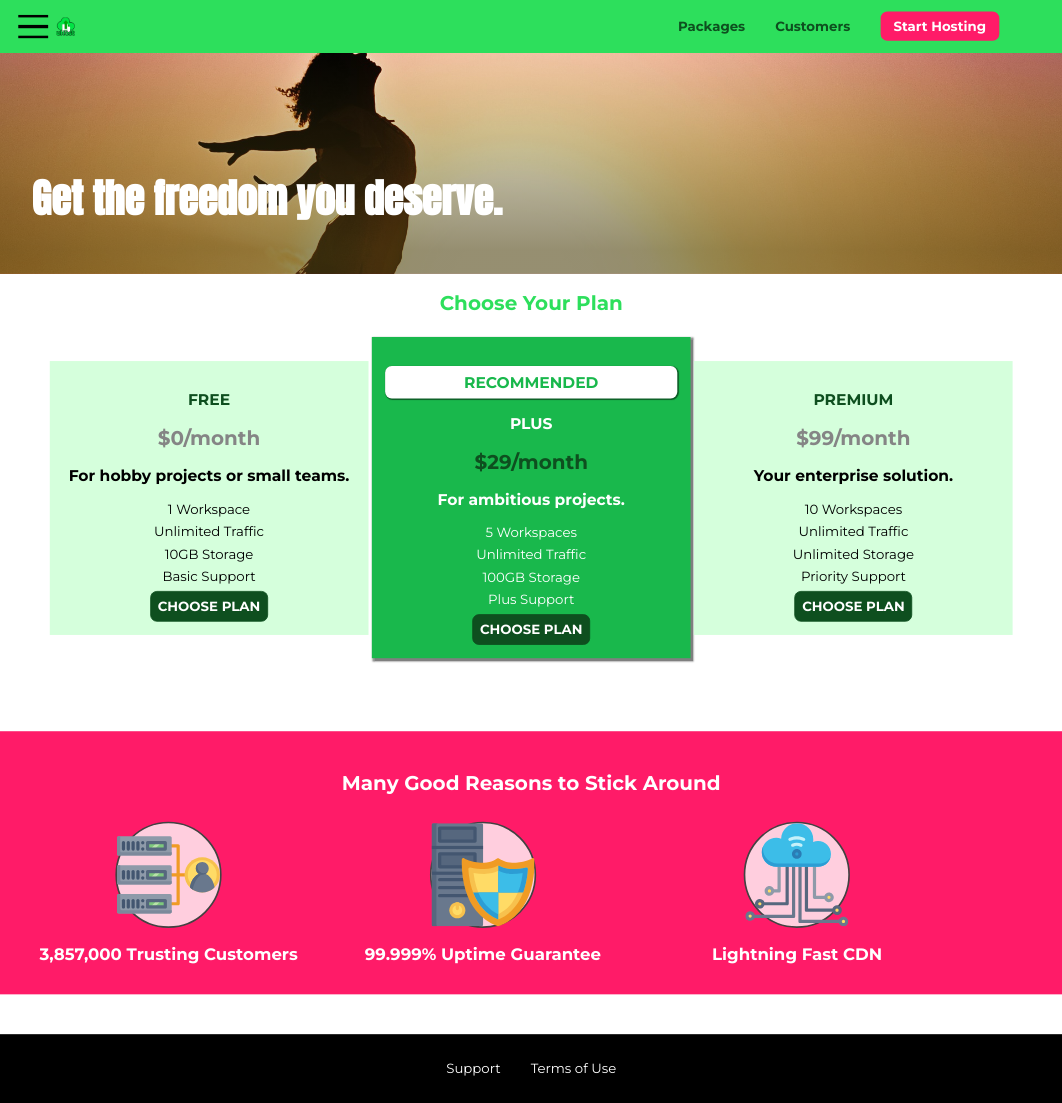
Repository: luacooli/css-course
Page: my_project/index.html
The author's editor kept a copy of each file at every save. The page is drawn from the files as they stood at one save, then again after the next save.
The browser window is 1280 px wide. The pictures show the whole page, at 83% of full size.

Above is the page before, as saved 2020-09-16 07:27:06.

After the next save:
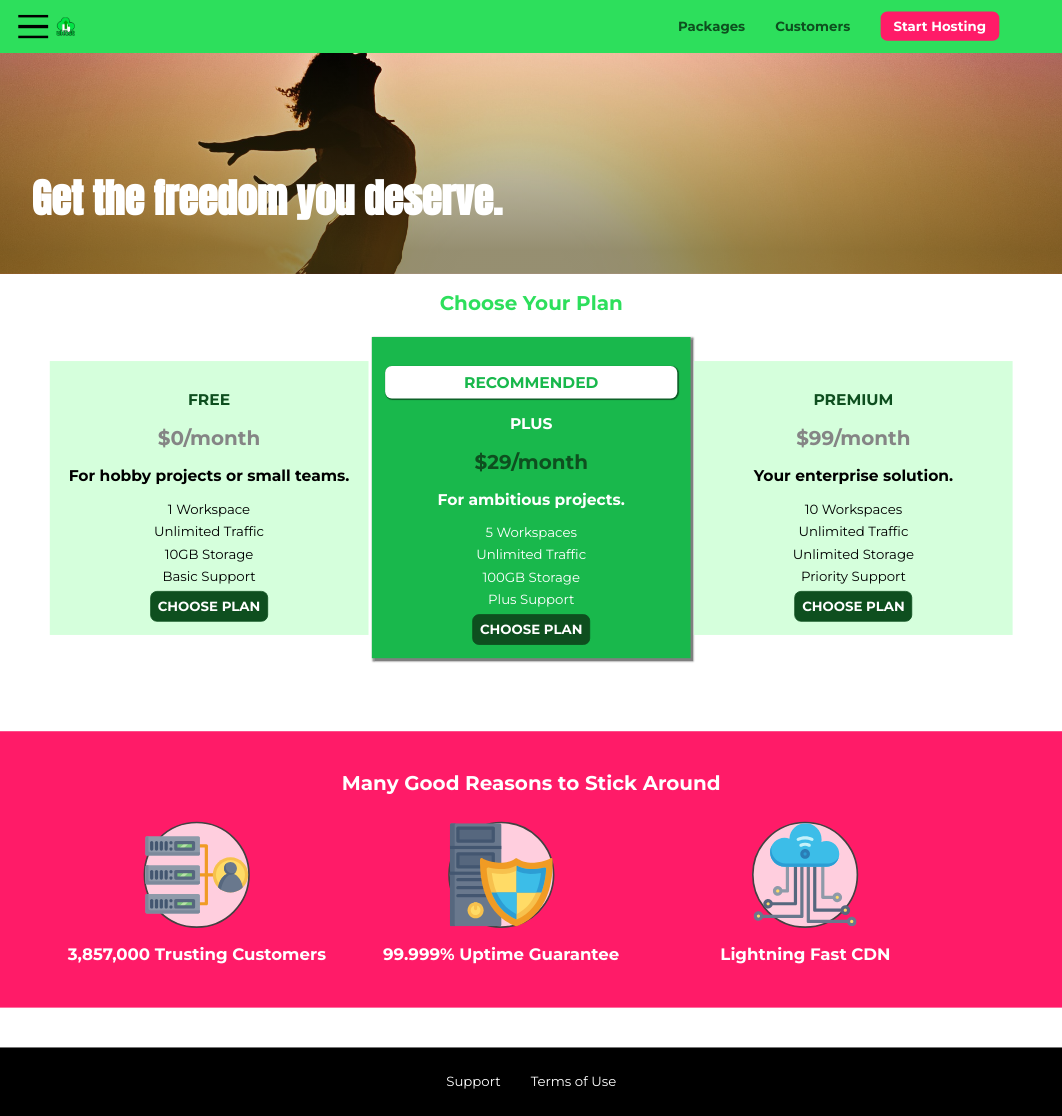
Saved 15 s later.
--- a/my_project/main.css
+++ b/my_project/main.css
@@ -120,11 +120,11 @@
   margin: 32px;
 }
 
-.key-feature__list {
+/* .key-feature__list {
   list-style: none;
   margin: 0;
   padding: 0;
-}
+} */
 
 .key-feature {
   display: inline-block;
